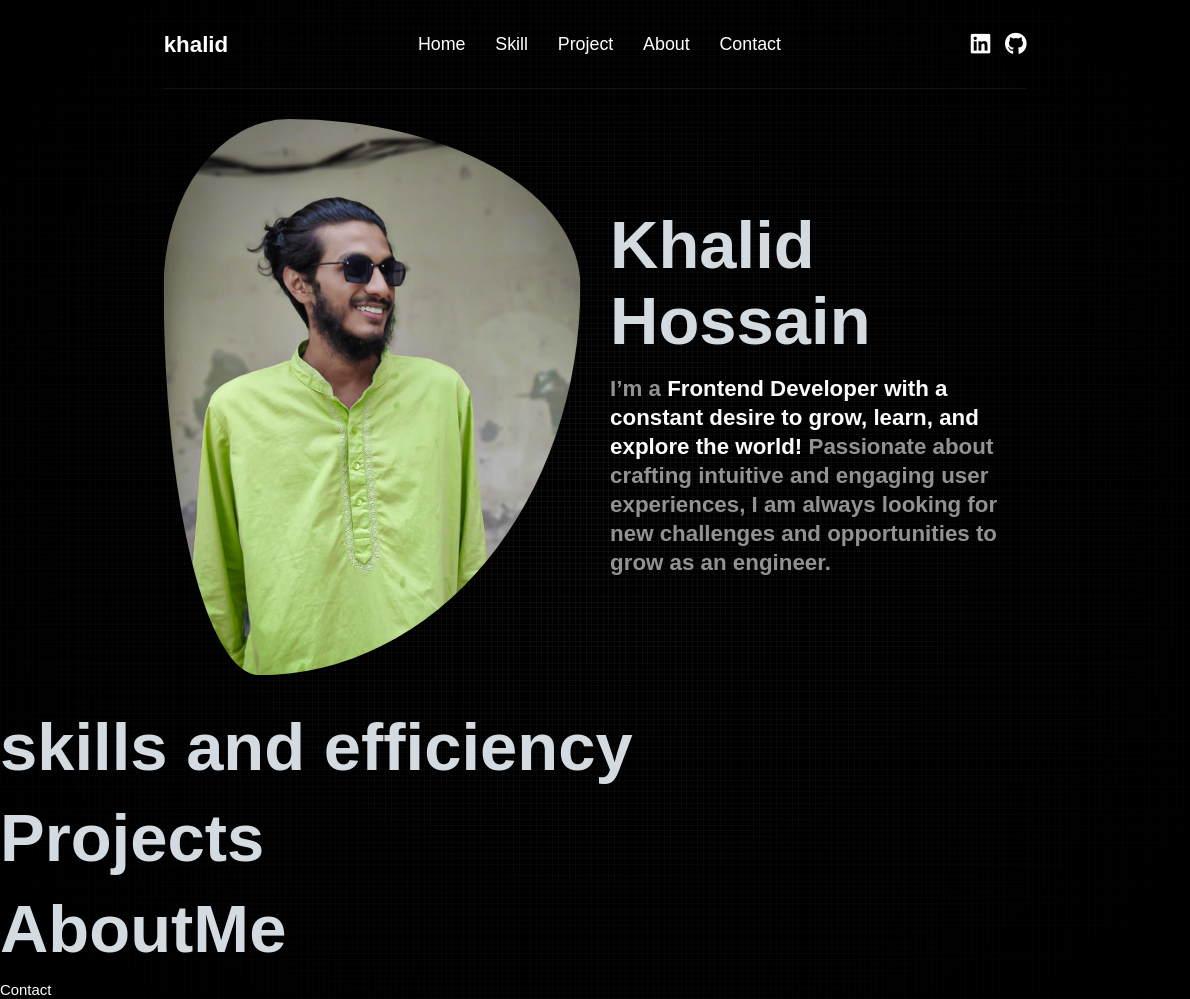
Repository: badhon252/my-portfolio
Page: /
An editor plug-in stored every save of this project. The page is shown before and after the next save, followed by the edit.
The browser window is 1280 px wide. The pictures show the whole page, at 93% of full size.
The project was rebuilt for these pictures with package versions that can differ from the ones it lists, and the page was loaded fresh each time. Also part of the build but not shown: src/Components/Home/Header/Navbar/Navs/LinkedIn/LinkedIn.module.css, src/Components/Home/Header/Navbar/Navs/GitHub/Github.module.css.

Above is the page before, as saved 2023-01-16 00:09:00.

After the next save:
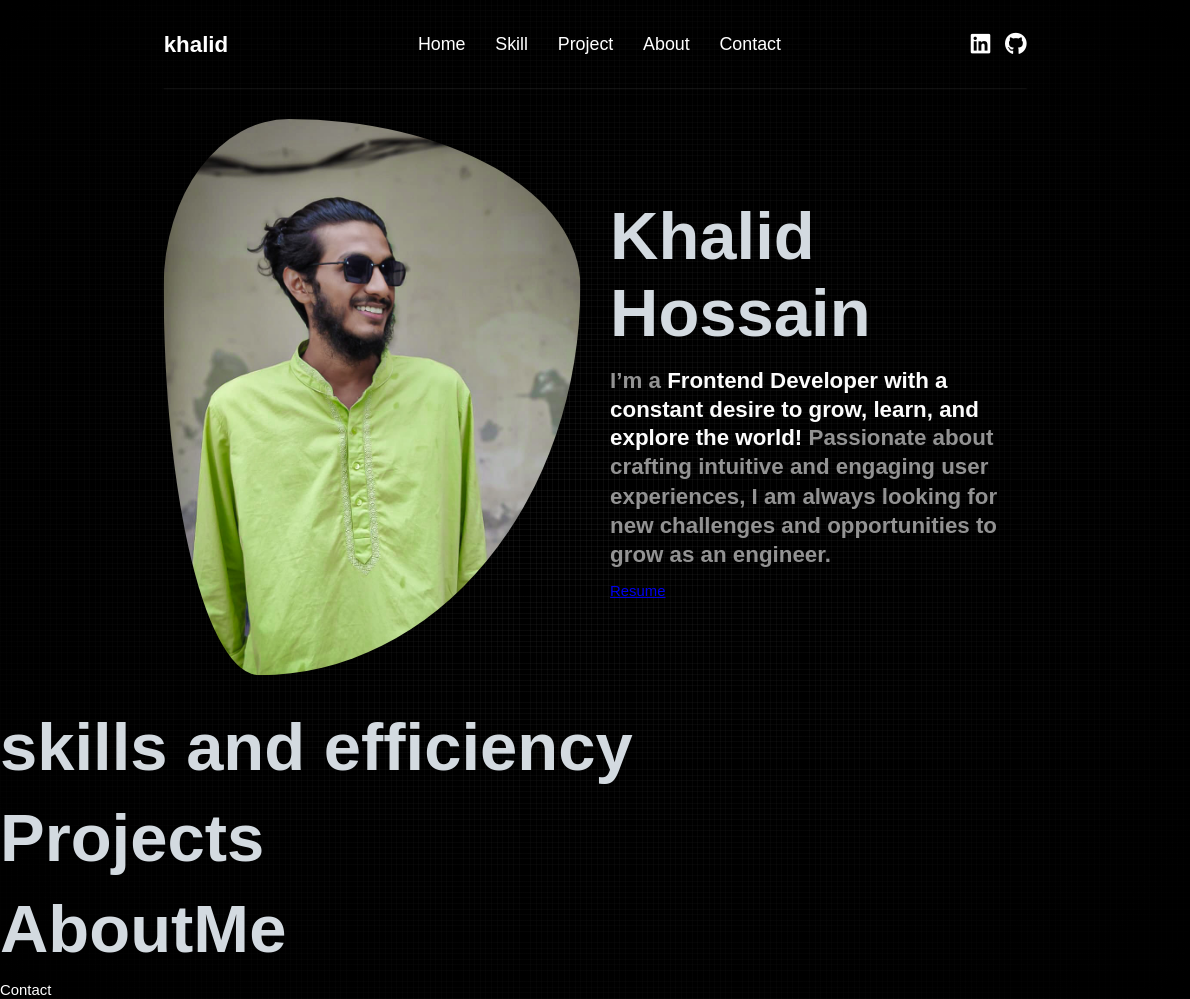
Saved 9 min 19 s later.
--- a/src/Components/Home/Header/HeaderContent/HeroSection.jsx
+++ b/src/Components/Home/Header/HeaderContent/HeroSection.jsx
@@ -8,8 +8,8 @@ export default function HeroSection({col}) {
           <p>
             I’m a <span>Frontend Developer with a constant desire to grow, learn, and explore the world!</span> Passionate about crafting intuitive and engaging user experiences,
             I am always looking for new challenges and opportunities to grow as an engineer.
-
           </p>
+          <a href="#">Resume</a>
     </div>
   );
 }
